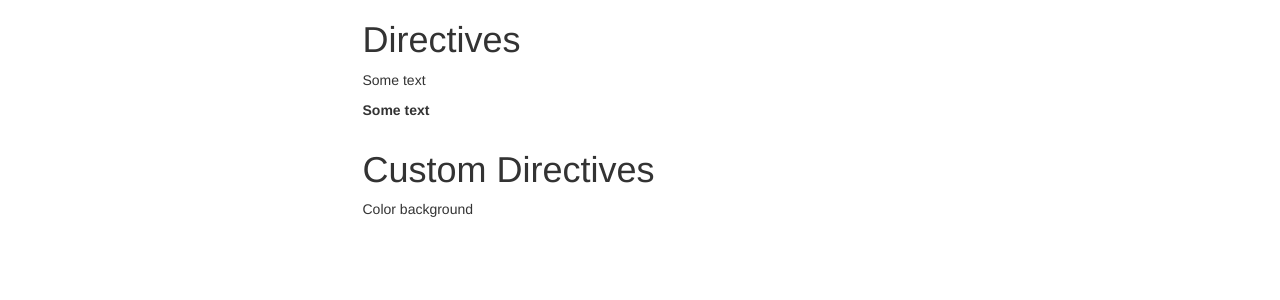
Repository: wojkos/Learn
Page: / (app in Vue/module12/)
An editor plug-in stored every save of this project. The page is shown before and after the next save, followed by the edit.
The browser window is 1280 px wide. The pictures show the whole page.
The project was rebuilt for these pictures with package versions that can differ from the ones it lists, and the page was loaded fresh each time. Also part of the build but not shown: Vue/module12/webpack.config.js.

Above is the page before, as saved 2018-05-17 22:02:30.

### Vue/module12/src/main.js
import Vue from 'vue'
import App from './App.vue'

Vue.directive('highlight', {
    bind(el, binding, vnode) {
        el.style.backgroundcolor = 'green';
    }
});

new Vue({
    el: '#app',
    render: h => h(App)
})

### Vue/module12/src/App.vue
<template>
    <div class="container">
        <div class="row">
            <div class="col-xs-12 col-sm-8 col-sm-offset-2 col-md-6 col-md-offset-3">
                <h1>Directives</h1>
                <p v-text="'Some text'"></p>
                <p v-html="'<strong>Some text</strong>'"></p>

            </div>
        </div>
        <div class="row">
            <div class="col-xs-12 col-sm-8 col-sm-offset-2 col-md-6 col-md-offset-3">
                <h1>Custom Directives</h1>
                <p v-highlight>Color background</p>


            </div>
        </div>
    </div>
</template>

<script>
    export default {
    }
</script>

<style>

</style>

Loaded but not shown: Vue/module12/index.html (common file)

After the next save:
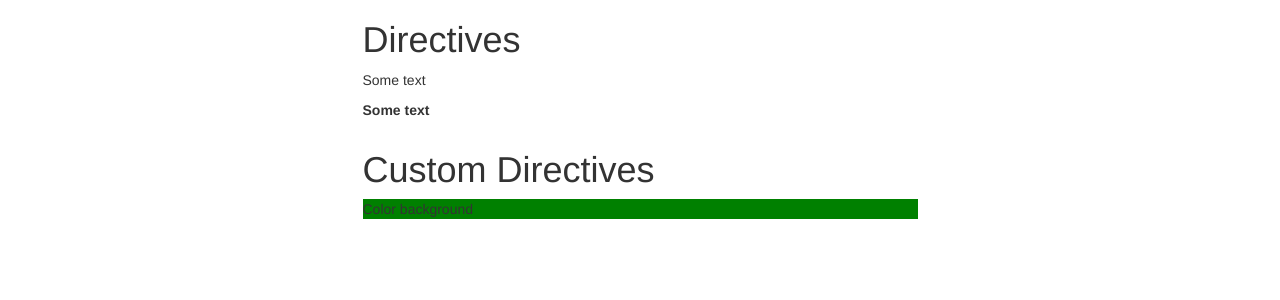
Saved 72 s later.
--- a/Vue/module12/src/main.js
+++ b/Vue/module12/src/main.js
@@ -3,7 +3,7 @@
 
 Vue.directive('highlight', {
     bind(el, binding, vnode) {
-        el.style.backgroundcolor = 'green';
+        el.style.backgroundColor = 'green';
     }
 });
 

After the save that followed:
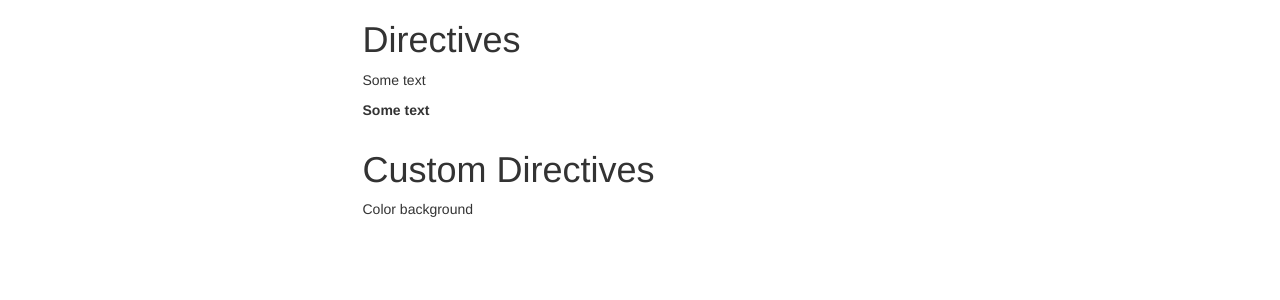
Saved 86 s later.
--- a/Vue/module12/src/main.js
+++ b/Vue/module12/src/main.js
@@ -3,7 +3,8 @@
 
 Vue.directive('highlight', {
     bind(el, binding, vnode) {
-        el.style.backgroundColor = 'green';
+        // el.style.backgroundColor = 'green';
+        el.style.backgroundColor = binding.value;
     }
 });
 
